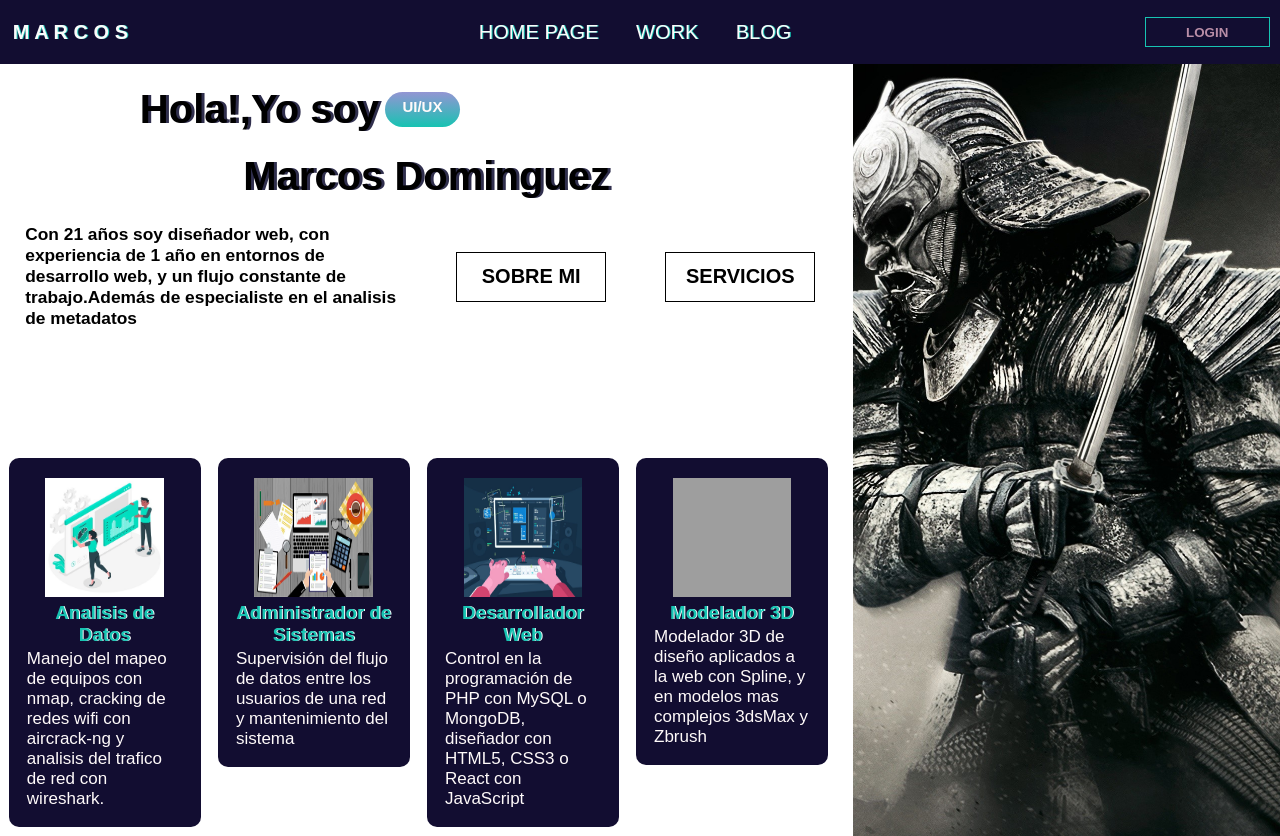
Repository: Sxcram02/Portfolio2
Page: http://localhost/
The author's editor kept a copy of each file at every save. The page is drawn from the files as they stood at one save, then again after a run of saves.
The browser window is 1280 px wide. The pictures show the whole page.
Pictures or frames that could not be fetched are drawn as grey boxes. Some web fonts or font styles are not loaded; a fallback is used. The page is run by PHP 8.4 with error messages shown; the project is at /var/www/html/.

Above is the page before, as saved 2023-05-14 17:40:54.

After the next 10 saves:
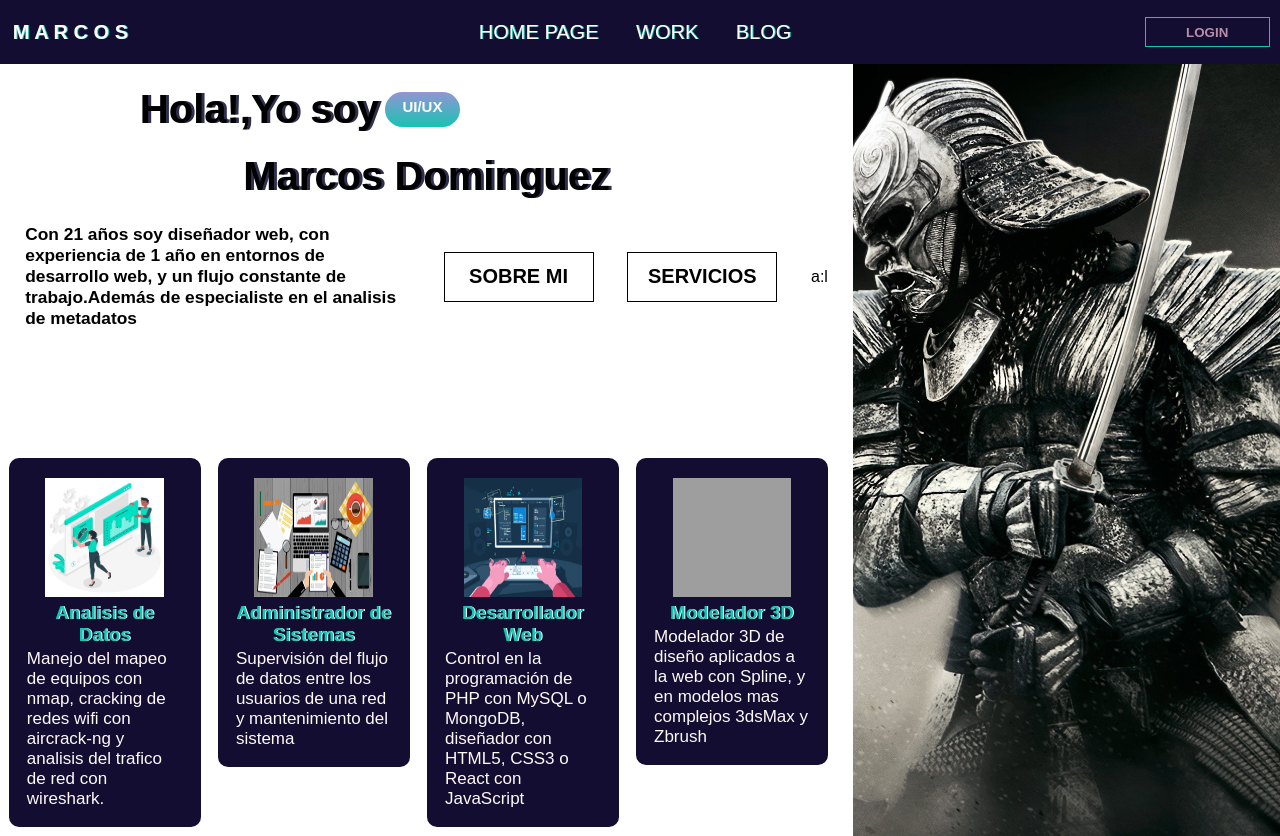
The 10 saves are shown as one change because they came seconds apart.
The last was saved 23 s later.
--- a/index.php
+++ b/index.php
@@ -55,7 +55,7 @@ if ($_SERVER['REQUEST_METHOD'] == 'POST' and isset($_POST['LOGIN'])) {
                     <div class="box-inputs">
                         <button onclick="mostrarApartado('box-services','box-aboutMe')">Sobre Mi</button>
                         <button onclick="mostrarApartado('box-aboutMe','box-services')">Servicios</button>
-
+                        a:l
                     </div>
                 </article>
             </section>
